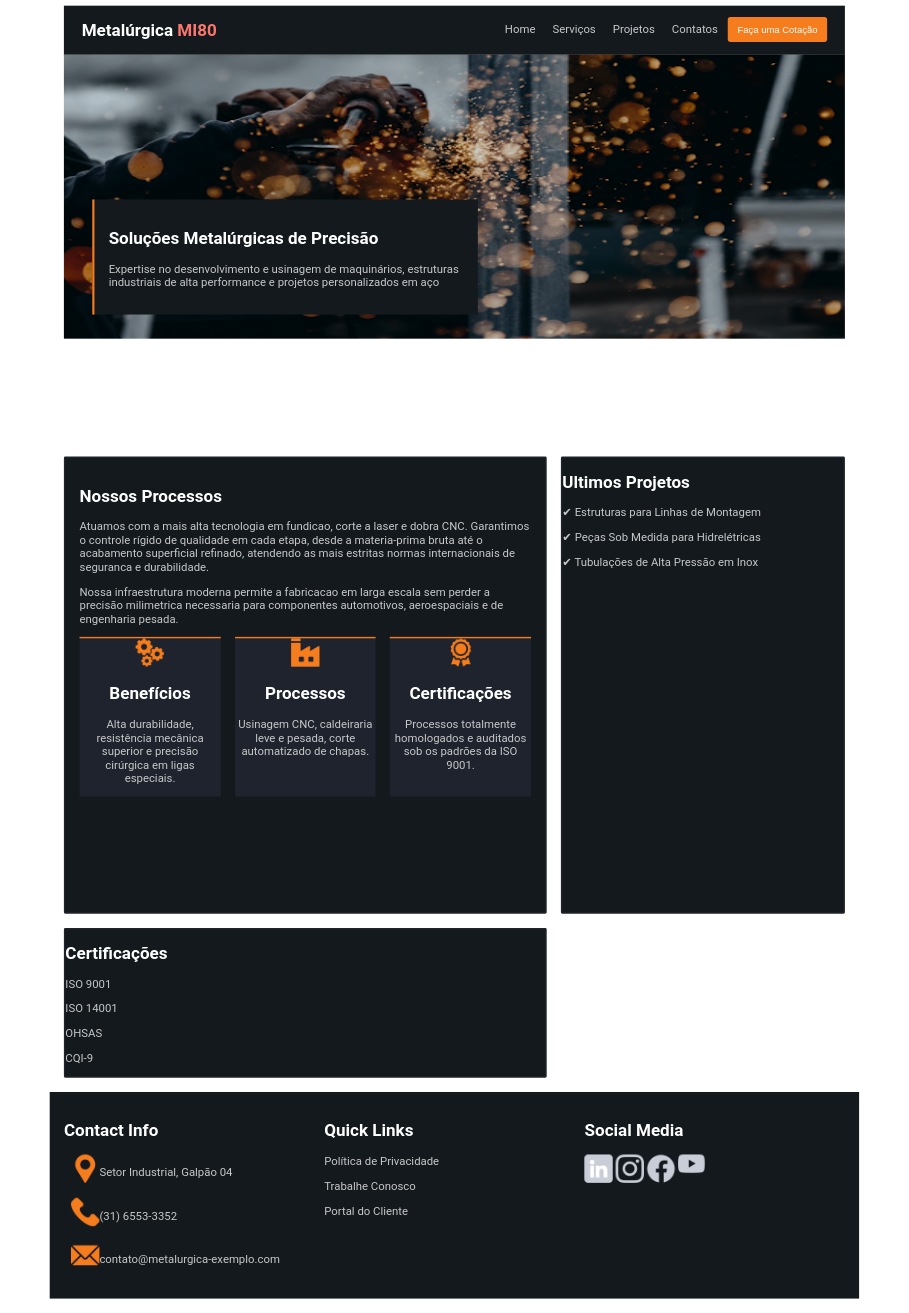
Repository: guiCherpinski/landing-page-metalurgica
Page: index.html
These files come from the project's save history. The page is drawn as it stood at one moment and after a run of saves; the edit follows.
The browser window is 1280 px wide. The pictures show the whole page, at 71% of full size.

Above is the page before, as saved 2026-06-08 14:53:34.

After the next 2 saves:
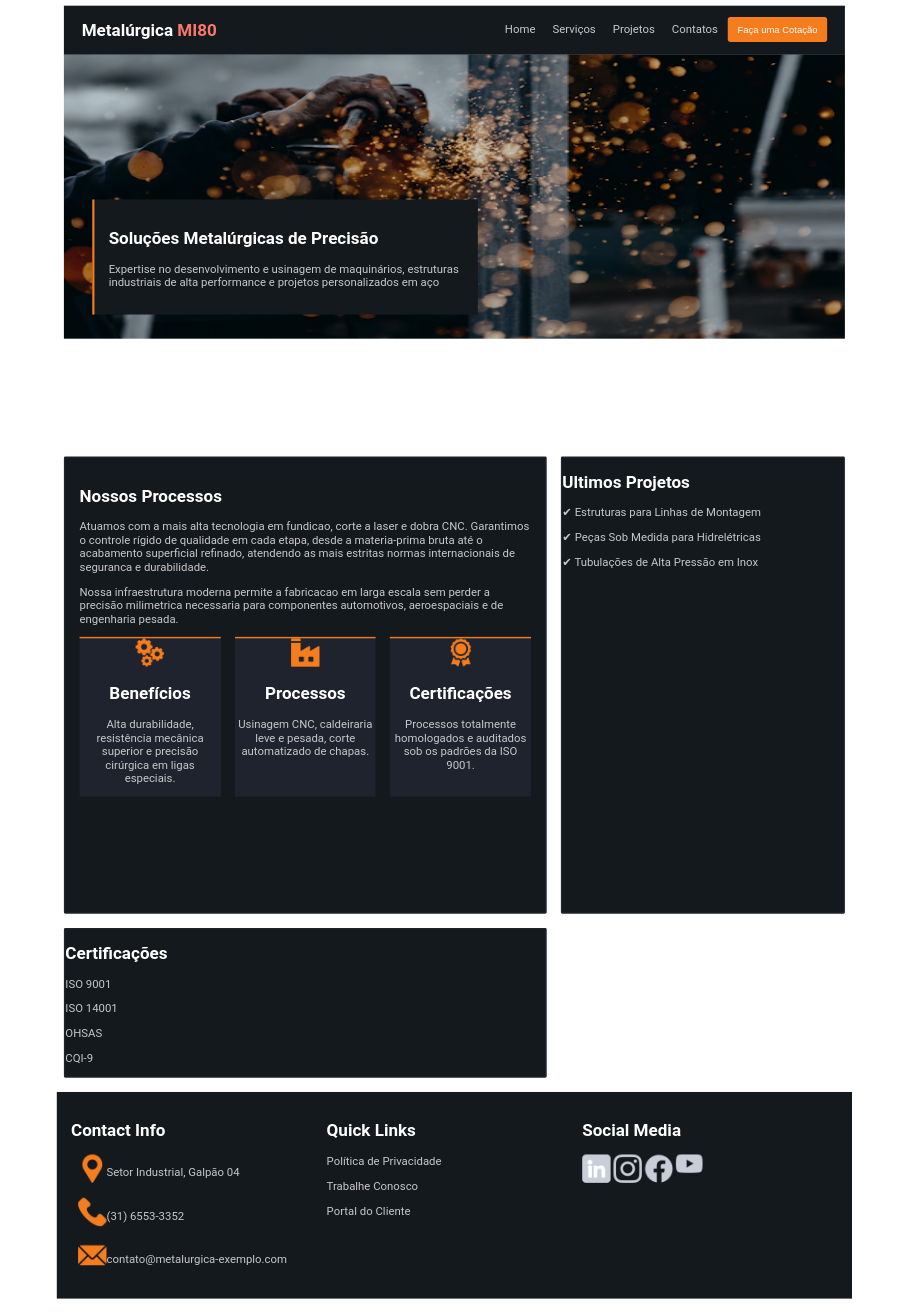
The 2 saves are shown as one change because they came seconds apart.
The last was saved 7 s later.
--- a/style.css
+++ b/style.css
@@ -152,7 +152,7 @@ header button:hover{
 
 .rodape{
     padding: 20px;
-    width: 1100px;
+    width: 1080px;
     margin: 20px;
     display: grid;
     grid-template-columns: 1fr 1fr 1fr;
